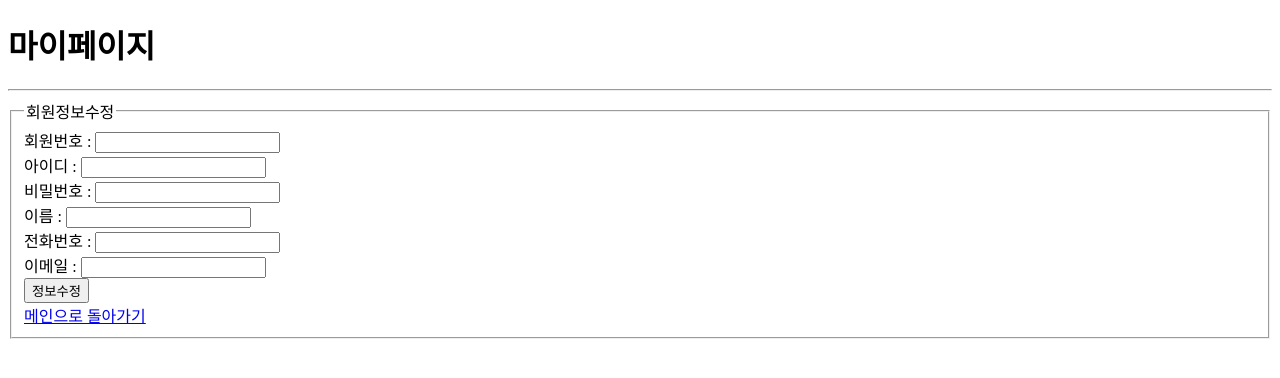
Repository: bbookk1104/spring-workspace
Page: http://localhost/02_SpringMVC_CRUD/update.do
An editor plug-in stored every save of this project. The page is shown before and after the next save, followed by the edit.
The browser window is 1280 px wide. The pictures show the whole page.
The page is served by Tomcat 9. Other server files are loaded and not shown. Queries for data that is not in the repository find no rows.

Above is the page before, as saved 2022-09-30 06:54:16.

### 02_SpringMVC_CRUD/src/main/webapp/WEB-INF/views/member/mypage.jsp
<%@ page language="java" contentType="text/html; charset=UTF-8"
    pageEncoding="UTF-8"%>
<!DOCTYPE html>
<html>
<head>
<meta charset="UTF-8">
<title>Insert title here</title>
</head>
<body>
	<h1>마이페이지</h1>
	<hr>
	<form action="/update.do" method="post">
		<fieldset>
			<legend>회원정보수정</legend>
			회원번호 : <input type="text" name="memberNo" value="${sessionScope.m.memberNo }" readonly><br>
			아이디 : <input type="text" name="memberId" value="${sessionScope.m.memberId }" readonly><br>
			비밀번호 : <input type="password" name="memberPw" value="${sessionScope.m.memberPw }"><br>
			이름 : <input type="text" name="memberName" value="${sessionScope.m.memberName }" readonly><br>
			전화번호 : <input type="text" name="phone" value="${sessionScope.m.phone }"><br>
			이메일 : <input type="text" name="email" value="${sessionScope.m.email }"><br>
			<input type="submit" value="정보수정"><br>
			<a href="/">메인으로 돌아가기</a>
		</fieldset>
	</form>
</body>
</html>

After the next save:
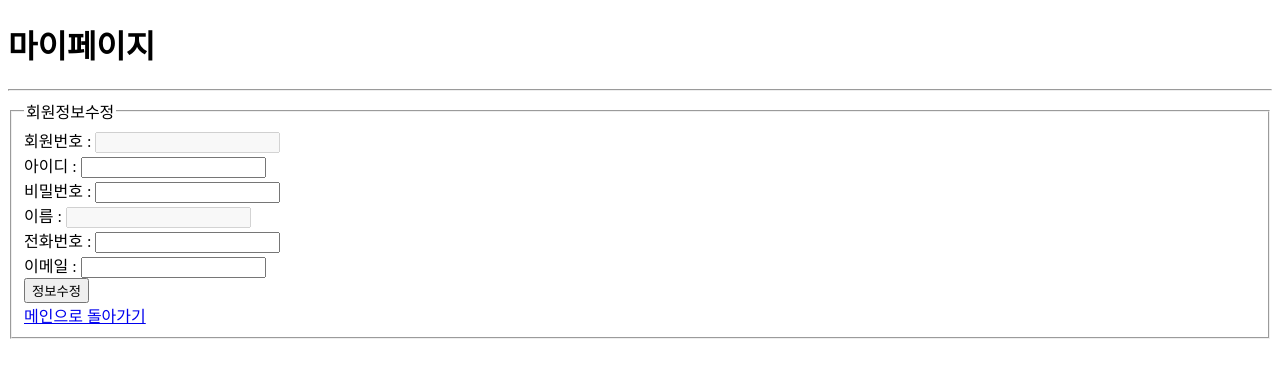
Saved 47 s later.
--- a/02_SpringMVC_CRUD/src/main/webapp/WEB-INF/views/member/mypage.jsp
+++ b/02_SpringMVC_CRUD/src/main/webapp/WEB-INF/views/member/mypage.jsp
@@ -12,10 +12,10 @@
 	<form action="/update.do" method="post">
 		<fieldset>
 			<legend>회원정보수정</legend>
-			회원번호 : <input type="text" name="memberNo" value="${sessionScope.m.memberNo }" readonly><br>
+			회원번호 : <input type="text" name="memberNo" value="${sessionScope.m.memberNo }" disabled><br>
 			아이디 : <input type="text" name="memberId" value="${sessionScope.m.memberId }" readonly><br>
 			비밀번호 : <input type="password" name="memberPw" value="${sessionScope.m.memberPw }"><br>
-			이름 : <input type="text" name="memberName" value="${sessionScope.m.memberName }" readonly><br>
+			이름 : <input type="text" name="memberName" value="${sessionScope.m.memberName }" disabled><br>
 			전화번호 : <input type="text" name="phone" value="${sessionScope.m.phone }"><br>
 			이메일 : <input type="text" name="email" value="${sessionScope.m.email }"><br>
 			<input type="submit" value="정보수정"><br>
